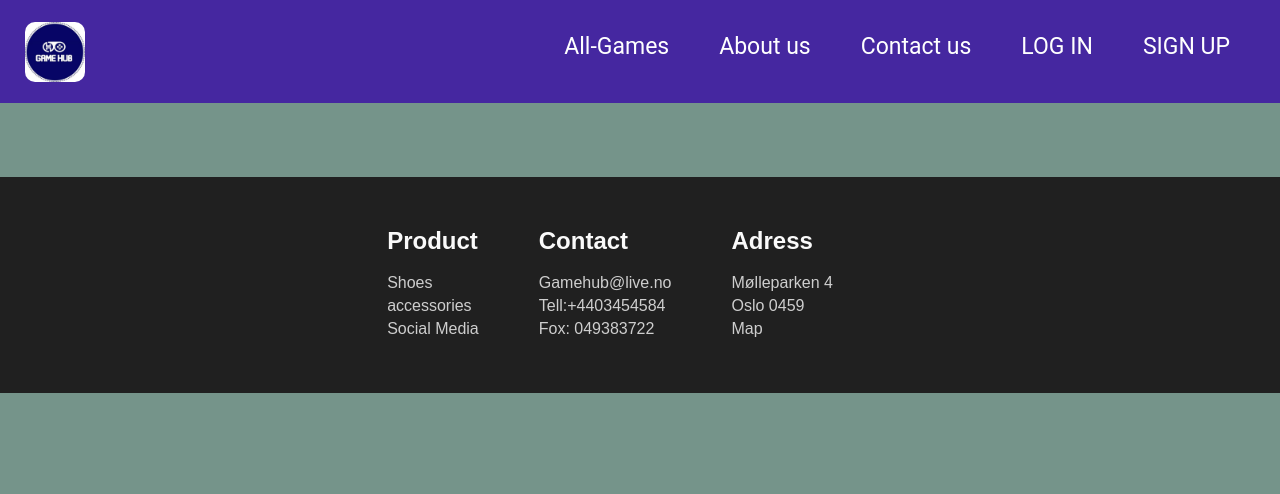
Repository: Fariaddd/HTML-CSS-reset
Page: concats.html
An editor plug-in stored every save of this project. The page is shown before and after the next save, followed by the edit.
The browser window is 1280 px wide. The pictures show the whole page.
Some web fonts or font styles are not loaded; a fallback is used. Some web libraries are served in a nearby version.

Above is the page before, as saved 2022-04-30 16:34:16.
Console error: SyntaxError: Unexpected end of input

### concats.html
<!DOCTYPE html>
<html lang="en">
  <head>
    <meta charset="UTF-8" />
    <meta http-equiv="X-UA-Compatible" content="IE=edge" />
    <meta name="viewport" content="width=device-width, initial-scale=1.0" />
    <title>Contact Form</title>
    <link rel="stylesheet" href="style/contact.css" />
    <link rel="stylesheet" href="style/login.css">
    <link rel="stylesheet" href="style/index.css" />
    <script defer src="script/login.js"></script>
    <script
      src="https://kit.fontawesome.com/64d58efce2.js"
      crossorigin="anonymous"
    ></script>
  </head>
  <header class="header">
    <div class="logo">
        <a href="./index.html">
          <img src="./img/Gamehub.png" alt="Gamehub-logo"
        /></a>
      </div>
      <div class="navigation">
          <input type="chechbox"
          class="toggle-menu">
          <div class="hamburger"></div>
        <ul class="menu">
          <li><a href="./all-games.html">All-Games</a></li>
          <li><a href="./about.html">About us</a></li>
          <li><a href="./concats.html">Contact us</a></li>
        </ul>
        <ul class="menu ">
            <li>
              <a href="./login.html" >LOG IN</a>
            </li>
            <li>
              <a href="./sign.html" >SIGN UP</a>
            </li>
      </div>
  </header>
  <body>
    <form action=""></form>
      <footer>
        <div class="footer-container">
          <nav class="footer-navv">
            <ul>
              <h3>Product</h3>
              <br />
              <li>Shoes</li>
              <li>accessories</li>
              <li>Social Media</li>
            </ul>
          </nav>
          <nav class="footer-navv">
            <ul>
              <h3>Contact</h3>
              <br />
              <li>Gamehub@live.no</li>
              <li>Tell:+4403454584</li>
              <li>Fox: 049383722</li>
            </ul>
          </nav>
          <nav class="footer-navv">
            <ul>
              <h3>Adress</h3>
              <br />
              <li>Mølleparken 4</li>
              <li>Oslo 0459</li>
              <li>Map</li>
            </ul>
          </nav>
        </div>
      </footer>
    <script src="./js/script.js"></script>
  </body>
</html>

### style/contact.css
@import url("https://fonts.googleapis.com/css2?family=Poppins:wght@100;200;300;400;500;600;700;800&display=swap");
* {
  margin: 0;
  padding: 0;
  box-sizing: border-box;
}
body,
input,
textarea {
  font-family: "Poppins";
}

.container {
  position: relative;
  width: 100%;
  min-height: 100vh;
  padding: 2rem;
  background-color: #fafafa;
  overflow: hidden;
  display: flex;
  align-items: center;
  justify-content: center;
}
.form {
  width: 100%;
  max-width: 820px;
  background-color: #fff;
  border-radius: 10px;
  box-shadow: 0 0 20px 1px rgba(0, 0, 0, 0.1);
  z-index: 1000;
  overflow: hidden;
  display: grid;
  grid-template-columns: repeat(2, 1fr);
}

.contact-form {
  background-color: #1abc9c;
  position: relative;
}
.circle {
  border-radius: 50%;
  background: linear-gradient(135deg, transparent 20%, #149279);
  position: absolute;
}

.circle.one {
  width: 130px;
  height: 130px;
  top: 130;
  right: -40px;
}

.circle.two {
  width: 80px;
  height: 80px;
  top: 10;
  right: 30px;
}

.contact-form:before {
  content: "";
  position: absolute;
  width: 26px;
  height: 26px;
  background-color: #1abc9c;
  transform: rotate(45deg);
  top: 50px;
  left: -13px;
}

form {
  padding: 2.3rem 2.2rem;
  z-index: 10;
  overflow: hidden;
  position: relative;
}

.tittle {
  color: #fff;
  font-weight: 500;
  font-size: 1.5rem;
  line-height: 1;
  margin-bottom: 0.7rem;
}
.input-container {
  position: relative;
  margin: 1rem 0;
}

.input {
  width: 100%;
  outline: none;
  border: 2px solid #fafafa;
  background: none;
  padding: 0.6rem 1.2rem;
  color: #fff;
  font-weight: 500;
  font-size: 0.95rem;
  letter-spacing: 0.5px;
  border-radius: 10px;
  transition: 0.3;
}

.textarea.input {
  padding: 0.8rem;
  min-height: 150px;
  border-radius: 22px;
  resize: none;
  overflow-y: auto;
}

.input-container label {
  position: absolute;
  top: 50%;
  left: 15px;
  transform: translateY(-50%);
  padding: 0 0.4rem;
  color: #fafafa;
  font-size: 0.9rem;
  font-weight: 400;
  pointer-events: none;
  z-index: 1000;
  transition: 0.5s;
}

.input-container.textarea label {
  top: 1rem;
  transform: translateY(0);
}
.btn {
  padding: 0.6rem 1.3rem;
  background-color: #fff;
  border: 2px solid #fafafa;
  font-size: 0.95rem;
  color: #1abc9c;
  line-height: 1;
  border-radius: 25px;
  outline: none;
  cursor: pointer;
  transition: 0.3s;
  margin: 0;
}

.btn:hover {
  background-color: transparent;
  color: #fff;
}

.input-container span {
  position: absolute;
  top: 0;
  left: 25px;
  transform: translateY(-50%);
  font-size: 0.8rem;
  padding: 0 0.4rem;
  color: transparent;
  pointer-events: none;
  z-index: 500;
}

.input-container span:before,
.input-container span:after {
  content: "";
  position: absolute;
  width: 10%;
  opacity: 0;
  transition: 0.3s;
  height: 5px;
  background-color: #1abc9c;
  top: 50%;
  transform: translateY(-50%);
}

.input-container span:before {
  left: 50%;
}

.input-container span:after {
  right: 50%;
}

.input-container.focus label {
  top: 0;
  transform: translateY(-50%);
  left: 25px;
  font-size: 0.8rem;
}

.input-container.focus span:before,
.input-container.focus span:after {
  width: 50%;
  opacity: 1;
}

@media (max-width: 768px) {
  .navbar {
    display: block;
  }
  .form {
    grid-template-columns: 1fr;
  }
  .contact-info:before {
    bottom: initial;
    top: -75px;
    right: 65px;
    transform: scale(0.95);
  }
  .contact-form:before {
    top: -13px;
    left: initial;
    right: 70px;
  }
}

@media (max-width: 480px) {
  .container {
    padding: 1.5rem;
  }

  .contact-info:before {
    display: none;
  }

  .title {
    font-size: 1.15rem;
  }
  .input {
    padding: 0.45rem 1.2rem;
  }

  .btn {
    padding: 0.45rem 1.2rem;
  }
}

### style/login.css
@import url("https://fonts.googleapis.com/css2?family=Hubballi&display=swap");

.section-container {
  width: 100%;
  display: flex;
  justify-content: center;
  font-family: "Hubballi", cursive;
}

.text-container {
  margin-top: 20px;
}

.container-input {
  display: flex;
  flex-direction: column;
  margin-top: 25px;
}
.input-box {
  width: 100%;
  border: 1px solid black;
  height: 40px;
}

#logginn-btn {
  background-color: rgb(32, 32, 32);
  color: white;
  margin-top: 25px;
  width: 150px;
  height: 40px;
}

#logginn-btn:hover {
  background-color: rgb(233, 132, 0);
}
p {
  margin-top: 5px;
}

.or-container {
  display: flex;
  flex-direction: row;
}

.or-box {
  background-color: white;
  margin: 10px 10px 50px 0px;
  border: 1px solid black;
  width: 150px;
  height: 40px;
}

### style/index.css
/*@import url("https://fonts.googleepis.com/css?family=roboto:300,400,500,600,700,800,900&display=swap");*/

* {
  font-family: "Roboto";
  margin: 0;
  padding: 0;
  box-sizing: border-box;
}

body {
  background-color: rgb(117, 148, 138);
}
.header {
  position: relative;
  width: 100%;
  display: flex;
  justify-content: space-between;
  align-items: center;
  background: #4527a0;
  padding: 0 25px;
  transition: 0.3s;
}

.logo a {
  display: block;
}

.logo a img {
  display: block;
  width: 60px;
  border-radius: 10px;
}

.navigation {
  display: flex;
  justify-content: space-between;
  align-items: center;
}
.menu {
  display: flex;
  justify-content: center;
  flex-direction: row;
  align-items: center;
  z-index: 1;
  transition: 0.5s;
}

.menu li {
  list-style-type: none;
}

.menu li a {
  color: #fff;
  text-decoration: none;
  display: block;
  padding: 30px 15px;
  font-size: 23px;
  line-height: 1;
  transition: 0.3s;
  padding: 35px 25px 45px 25px;
}

.menu li a:hover {
  box-shadow: 0 -5px 0 #fff inset, 500px 0 0 rgba(255, 255, 255, 0.03) inset;
}

.links {
  background-color: black;
  font-weight: bold;
  text-decoration: none;
  list-style-type: none;
}

.hamburger {
  position: relative;
  width: 30px;
  height: 4px;
  background: #fff;
  border-radius: 10px;
  cursor: pointer;
  z-index: 2;
  transition: 0.3s;
}

.hamburger:before,
.hamburger:after {
  content: "";
  position: absolute;
  height: 4px;
  right: 0;
  background: #fff;
  border-radius: 10px;
  transition: 0.3s;
}

.hamburger:before {
  top: -10px;
  width: 20px;
}
.hamburger:after {
  top: 10px;
  width: 20px;
}

.toggle-menu {
  position: absolute;
  width: 30px;
  height: 100%;
  z-index: 3;
  cursor: pointer;
  opacity: 0;
}

.hamburger,
.toggle-menu {
  display: none;
}

.navigation input:checked ~ .hamburger {
  background: transparent;
}

.navigation input:checked ~ .hamburger:before {
  top: 0;
  transform: rotate(-45deg);
  width: 30px;
}
.navigation input:checked ~ .hamburger:after {
  top: 0;
  transform: rotate(45deg);
  width: 30px;
}

.navigation input:checked ~ .menu {
  right: 0;
  box-shadow: -20px 0 40px rgba(0, 0, 0, 0.3);
}

/* main section */

.container {
  display: flex;
  justify-content: center;

  margin: 50px 100px;
}

.div-container {
  margin: 5px;
  width: 100%;
}

.img {
  width: 100%;
  height: 250px;
  object-fit: cover;
}

.text {
  margin-left: 10px;
}

button {
  margin-top: 10px;
  width: 150px;
  height: 40px;
}

h1 {
  text-align: center;
  text-decoration: none;
}
h2 {
  margin: 0;
}
p {
  margin: 0;
}
@media screen and (max-width: 768px) {
  .container {
    flex-direction: column;
    margin: 0px;
    text-align: center;
  }
}

/*footer*/

.footer-container {
  height: auto;
  background-color: rgb(32, 32, 32);
  display: flex;
  justify-content: center;
}

.footer-navv {
  margin: 50px 60px 50px 0px;
}
h3 {
  font-family: "League Spartan", sans-serif;
  font-size: 24px;
  color: rgb(250, 250, 250);
}

.footer-navv li {
  color: rgb(206, 206, 206);
  text-decoration: none;
  list-style: none;
  font-family: "League Spartan", sans-serif;
  font-size: 16px;
  margin-bottom: 5px;
}

@media screen and (max-width: 768px) {
  .footer-nav:nth-child(1) {
    display: none;
  }
}
@media screen and (max-width: 460px) {
  .footer-container {
    flex-direction: column;
    align-items: center;
  }
}

@media screen and (max-width: 768px) {
  .hamburger,
  .toggle-menu {
    display: block;
  }

  .header {
    padding: 10px 20px;
  }
  .menu {
    justify-content: start;
    flex-direction: column;
    align-items: center;
    position: fixed;
    top: 0;
    right: -300px;
    background: #4527a0;
    width: 300px;
    height: 100%;
    padding-top: 65px;
  }
  .menu li {
    width: 100%;
  }
  .menu li a,
  .menu li a:hover {
    padding: 30px;
    font-size: 24px;
    box-shadow: 0 1px 0 rgba(255, 255, 255, 0.1);
  }
}

/*Buy-game page*/
.img {
  background-image: url(/img/game.png);
}

### script.js
successful - wing.flywheelsites.com

const url = 'https://successful-wing.flywheelsites.com/wp-json/wc/store/products'

async function

### script/login.js
const email = document.getElementById("email")
const password = document.getElementById("password")
const form = document.getElementById("form")
const errorElement = document.getElementById("error")


form.addEventListener("logginn", (e) => {
    let messages = []
    if (email.value === "" || email.value == null) {
        console.log("Email is required");
    }

    if (password.value.length > 0) {
        console.log("Password is required");
    }
})

After the next save:
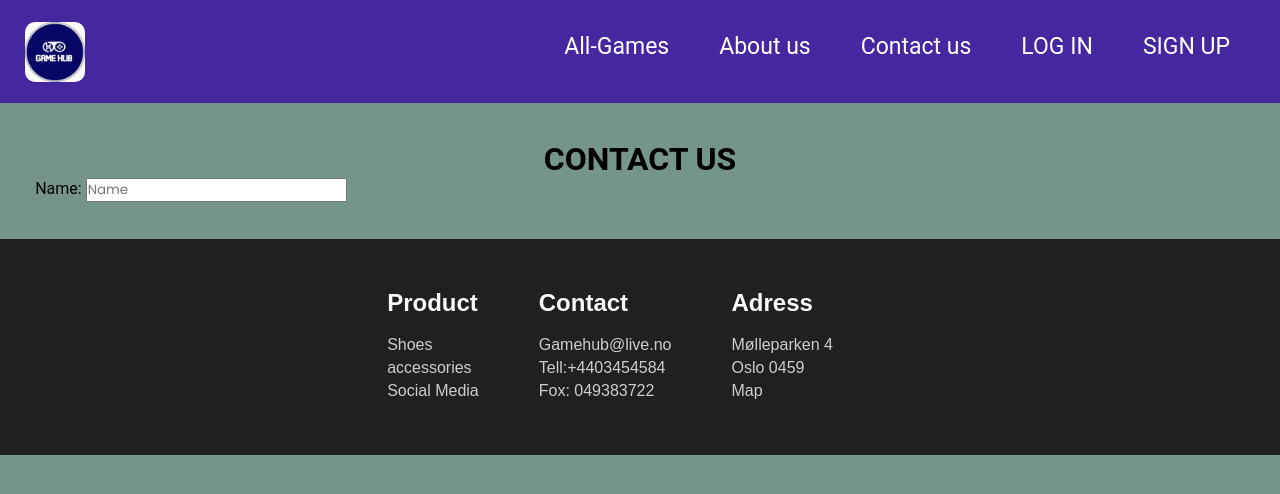
Saved 99 s later.
--- a/concats.html
+++ b/concats.html
@@ -39,7 +39,11 @@
       </div>
   </header>
   <body>
-    <form action=""></form>
+    <form>
+      <h1>CONTACT US</h1>
+      <label for="name">Name:</label>
+      <input type="text" id="name" placeholder="Name" class="error-border">
+    </form>
       <footer>
         <div class="footer-container">
           <nav class="footer-navv">
